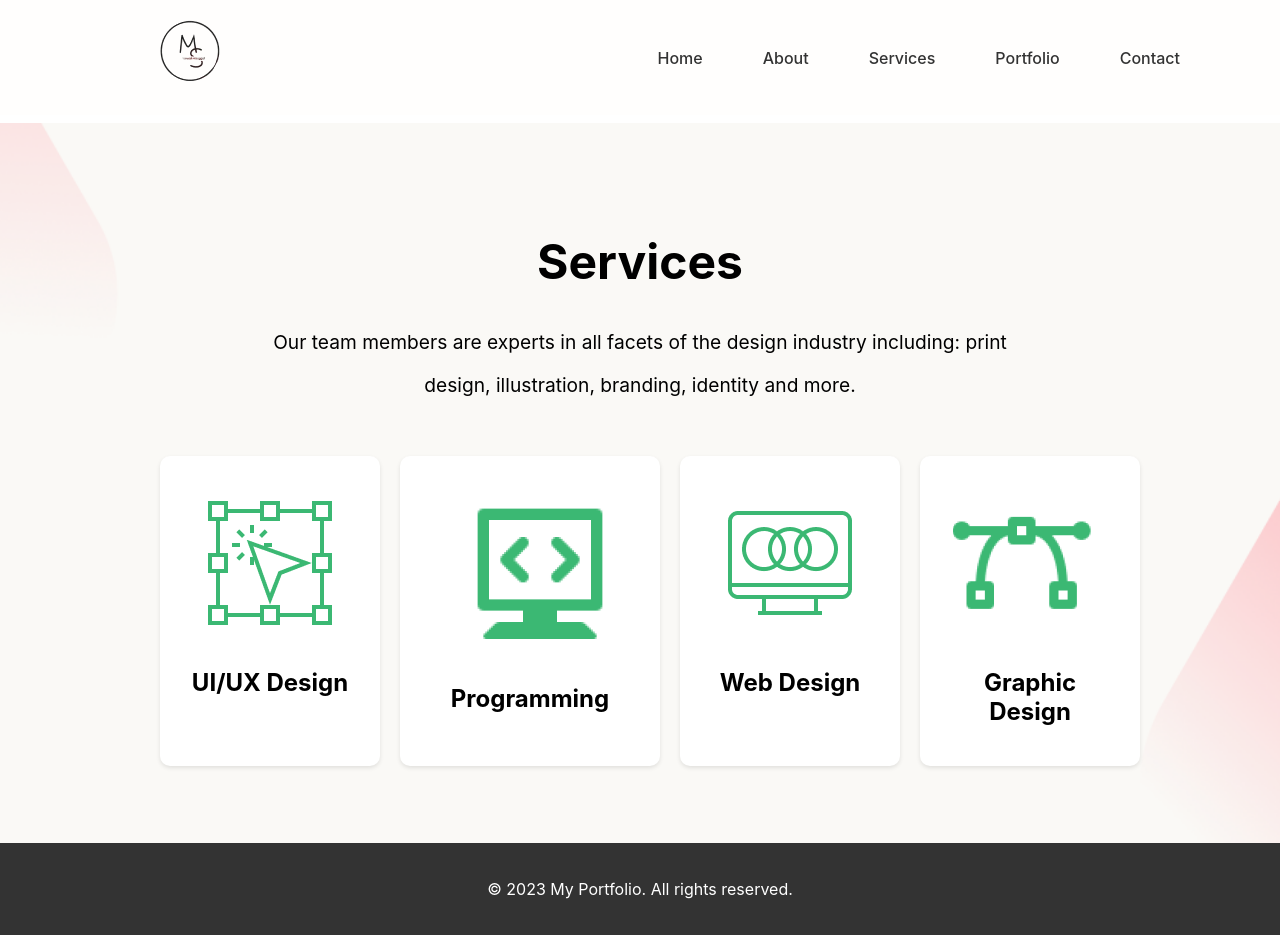
Repository: MEROO1010/Portfolio_00
Page: /services (app in portfolio_00/)
The author's editor kept a copy of each file at every save. The page is drawn from the files as they stood at one save, then again after the next save.
The browser window is 1280 px wide. The pictures show the whole page.
The project was rebuilt for these pictures with package versions that can differ from the ones it lists, and the page was loaded fresh each time. Also part of the build but not shown: portfolio_00/src/components/Home.jsx, portfolio_00/src/components/About.jsx, portfolio_00/src/components/Portfolio.jsx, portfolio_00/src/components/Contact.jsx.

Above is the page before, as saved 2024-11-19 10:06:22.

### portfolio_00/src/App.jsx
import React from 'react';
import { BrowserRouter, Route, Routes } from 'react-router-dom';
import Header from './components/Header';
import Home from './components/Home';
import About from './components/About';
import Services from './components/Services';
import Portfolio from './components/Portfolio';
import Contact from './components/Contact';
import Footer from './components/Footer';
// import GlobalStyle from './styles/global';

const App = () => {
  return (
    <BrowserRouter>
    <Header />
    <Routes>
      <Route path="/"  element={<Home />} />
      <Route path="/about"  element={<About />} />
      <Route path="/services" element={<Services  />} />

      <Route path="/portfolio" element={<Portfolio />} />
      <Route path="/contact" element={<Contact />} />
    </Routes>

    <Footer />
  </BrowserRouter>
  );
};

export default App;

### portfolio_00/src/features/counter/counterSlice.js
import { createAsyncThunk, createSlice } from '@reduxjs/toolkit';
import { fetchCount } from './counterAPI';

const initialState = {
  value: 0,
  status: 'idle',
};

// The function below is called a thunk and allows us to perform async logic. It
// can be dispatched like a regular action: `dispatch(incrementAsync(10))`. This
// will call the thunk with the `dispatch` function as the first argument. Async
// code can then be executed and other actions can be dispatched. Thunks are
// typically used to make async requests.
export const incrementAsync = createAsyncThunk(
  'counter/fetchCount',
  async (amount) => {
    const response = await fetchCount(amount);
    // The value we return becomes the `fulfilled` action payload
    return response.data;
  }
);

export const counterSlice = createSlice({
  name: 'counter',
  initialState,
  // The `reducers` field lets us define reducers and generate associated actions
  reducers: {
    increment: (state) => {
      // Redux Toolkit allows us to write "mutating" logic in reducers. It
      // doesn't actually mutate the state because it uses the Immer library,
      // which detects changes to a "draft state" and produces a brand new
      // immutable state based off those changes
      state.value += 1;
    },
    decrement: (state) => {
      state.value -= 1;
    },
    // Use the PayloadAction type to declare the contents of `action.payload`
    incrementByAmount: (state, action) => {
      state.value += action.payload;
    },
  },
  // The `extraReducers` field lets the slice handle actions defined elsewhere,
  // including actions generated by createAsyncThunk or in other slices.
  extraReducers: (builder) => {
    builder
      .addCase(incrementAsync.pending, (state) => {
        state.status = 'loading';
      })
      .addCase(incrementAsync.fulfilled, (state, action) => {
        state.status = 'idle';
        state.value += action.payload;
      });
  },
});

export const { increment, decrement, incrementByAmount } = counterSlice.actions;

// The function below is called a selector and allows us to select a value from
// the state. Selectors can also be defined inline where they're used instead of
// in the slice file. For example: `useSelector((state: RootState) => state.counter.value)`
export const selectCount = (state) => state.counter.value;

// We can also write thunks by hand, which may contain both sync and async logic.
// Here's an example of conditionally dispatching actions based on current state.
export const incrementIfOdd = (amount) => (dispatch, getState) => {
  const currentValue = selectCount(getState());
  if (currentValue % 2 === 1) {
    dispatch(incrementByAmount(amount));
  }
};

export default counterSlice.reducer;

### portfolio_00/src/components/Header.jsx
import React from 'react';
import styled from 'styled-components';
import { Link } from 'react-router-dom';
import ImageLogo from '../assets/white_logo.png';

const HeaderContainer = styled.header`
  background-color: #FFFEFD;
  padding: 10px 100px;
  display: flex;
  justify-content: space-between;
  align-items: center;
`;

const Logo = styled.h1`
  margin:4px;
  padding-left:40px;
`;

const NavLinks = styled .nav`
  display: flex;
  gap: 60px;
`;

const NavLink = styled(Link)`
  text-decoration: none;
  color: #333;
  font-weight: 500;

  &:hover {
    color: #3BB873;
  }
`;

const Header = () => {
  return (
    <HeaderContainer>
      <Logo><img src={ImageLogo} alt="Description of image" /></Logo>
      <NavLinks>
        <NavLink to="/">Home</NavLink>
        <NavLink to="/about">About</NavLink>
        <NavLink to="/services">Services</NavLink>
        <NavLink to="/portfolio">Portfolio</NavLink>
        <NavLink to="/contact">Contact</NavLink>
      </NavLinks>
    </HeaderContainer>
  );
};

export default Header;

### portfolio_00/src/components/Services.jsx
import React from "react";
import styled from "styled-components";
import UI_UX from "../assets/UI_UX.png";
import programming from "../assets/Programming.png";
import webdesign from "../assets/web_design.png";
import graphic_design from "../assets/graphic_design.png";
import bg3 from "../assets/services_bg.png";

const Container = styled.div`
  display: flex;
  justify-content: center;
  align-items: center;
  flex-direction: column;
  margin-top: 8px;
  background-image: url(${bg3});
  background-position: center;
  background-size:cover;
  height: 100vh;

`;

const Title = styled.h1`
  font-size: 3rem;
  font-weight: bold;
  margin-bottom: 20px;
`;

const Subtitle = styled.p`
  font-size: 1.2rem;
  margin-bottom: 40px;
  p{
    text-align: center;
  }
`;

const ServicesContainer = styled.div`
  display: flex;
  justify-content: space-between;
  width: 80%;
  max-width: 1000px;
  margin: 0 auto;
`;

const ServiceCard = styled.div`
  background-color: white;
  border-radius: 10px;
  padding: 30px;
  box-shadow: 0 2px 4px rgba(0, 0, 0, 0.1);
  text-align: center;
  width: 200px;
  margin-left:20px;
`;



const ServiceTitle = styled.h3`
  font-size: 1.5rem;
  font-weight: bold;
  margin-bottom: 10px;
`;

const Services = () => {
  return (
    <Container>
      <Title>Services</Title>
      <Subtitle>
        Our team members are experts in all facets of the design industry
        including: print<br/> <p>design, illustration, branding, identity and more.</p>
      </Subtitle>
      <ServicesContainer>
        <ServiceCard>
          <img src={UI_UX} alt="" />
          <ServiceTitle>UI/UX Design</ServiceTitle>
        </ServiceCard>
        <ServiceCard>
          <img src={programming} alt="" />
          <ServiceTitle>Programming</ServiceTitle>
        </ServiceCard>
        <ServiceCard>
          <img src={webdesign} alt="" />
          <ServiceTitle>Web Design</ServiceTitle>
        </ServiceCard>
        <ServiceCard>
          <img src={graphic_design} alt="" />
          <ServiceTitle>Graphic Design</ServiceTitle>
        </ServiceCard>
      </ServicesContainer>
    </Container>
  );
};

export default Services;

### portfolio_00/src/components/Footer.jsx
import React from 'react';
import styled from 'styled-components';

const FooterContainer = styled.footer`
  padding: 20px;
  background-color: #333;
  color: white;
  text-align: center;
`;

const Footer = () => {
  return (
    <FooterContainer>
      <p>&copy; 2023 My Portfolio. All rights reserved.</p>
    </FooterContainer>
  );
};

export default Footer;

Loaded but not shown: portfolio_00/public/index.html (common file); portfolio_00/src/index.js (common file); portfolio_00/src/app/store.js (common file); portfolio_00/src/reportWebVitals.js (common file); portfolio_00/src/index.css (common file); portfolio_00/src/features/counter/counterAPI.js (common file)

After the next save:
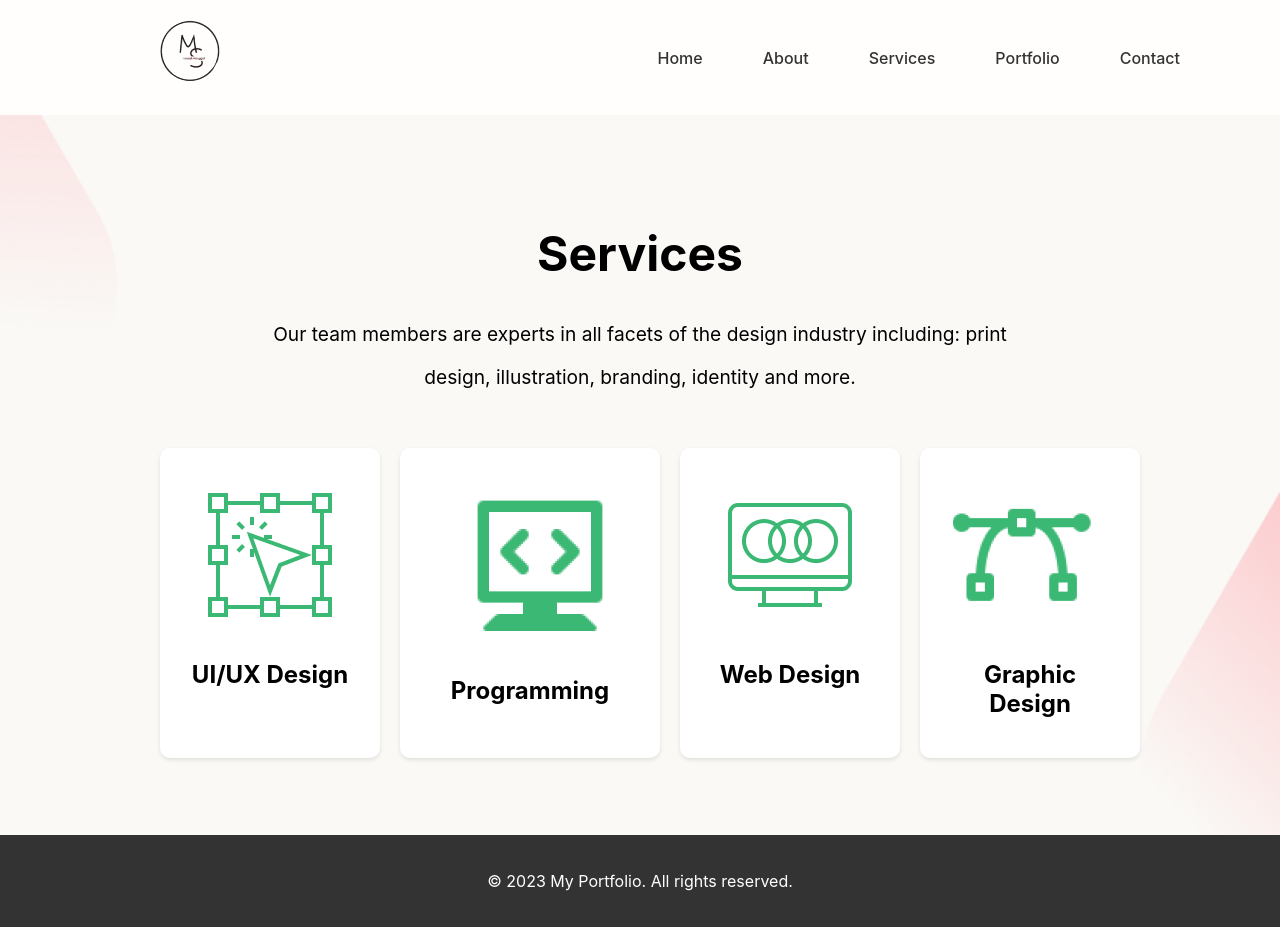
Saved 8 s later.
--- a/portfolio_00/src/components/Services.jsx
+++ b/portfolio_00/src/components/Services.jsx
@@ -11,7 +11,7 @@ const Container = styled.div`
   justify-content: center;
   align-items: center;
   flex-direction: column;
-  margin-top: 8px;
+
   background-image: url(${bg3});
   background-position: center;
   background-size:cover;
